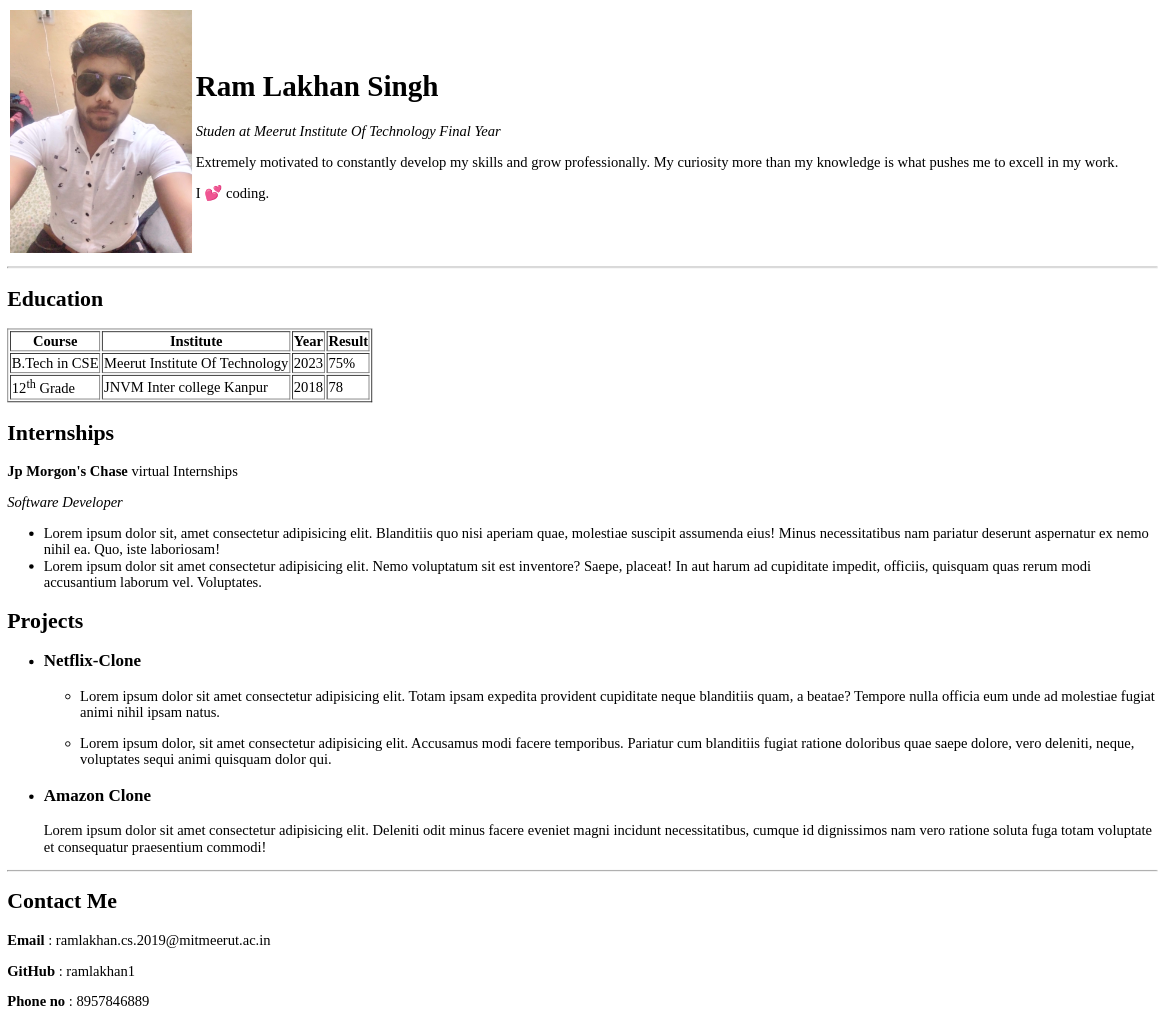
Repository: ramlakhan1/resume1
Page: resume.html
These files come from the project's save history. The page is drawn as it stood at one moment and after the next save; the edit follows.
The browser window is 1280 px wide. The pictures show the whole page, at 91% of full size.

Above is the page before, as saved 2022-11-05 15:27:22.

After the next save:
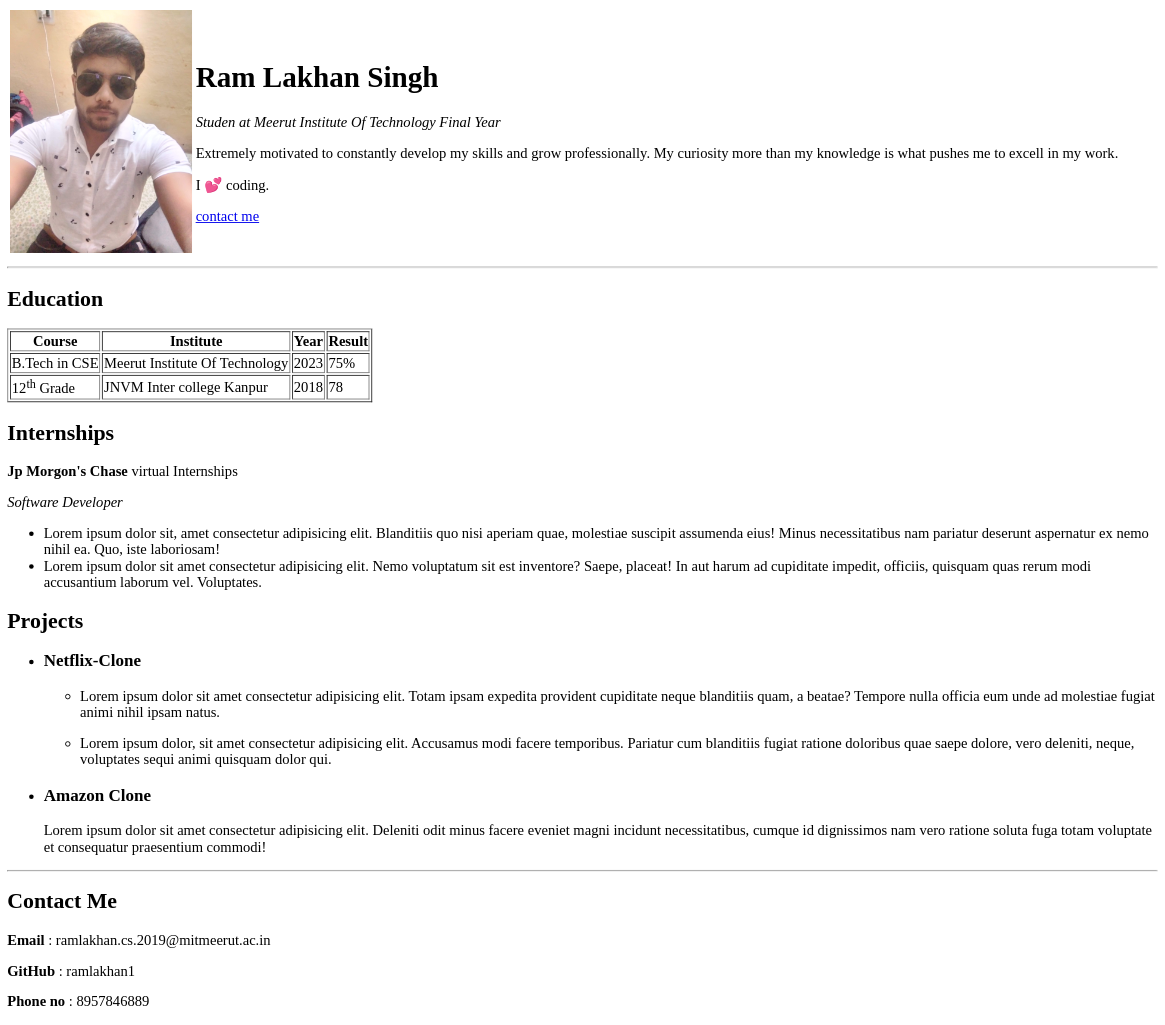
Saved 10 s later.
--- a/resume.html
+++ b/resume.html
@@ -19,7 +19,7 @@
             me to excell in my work.
           </p>
           <p>I 💕 coding.</p>
-          <a href="#contact"></a>
+          <a href="#contact">contact me</a>
         </td>
       </tr>
     </table>
